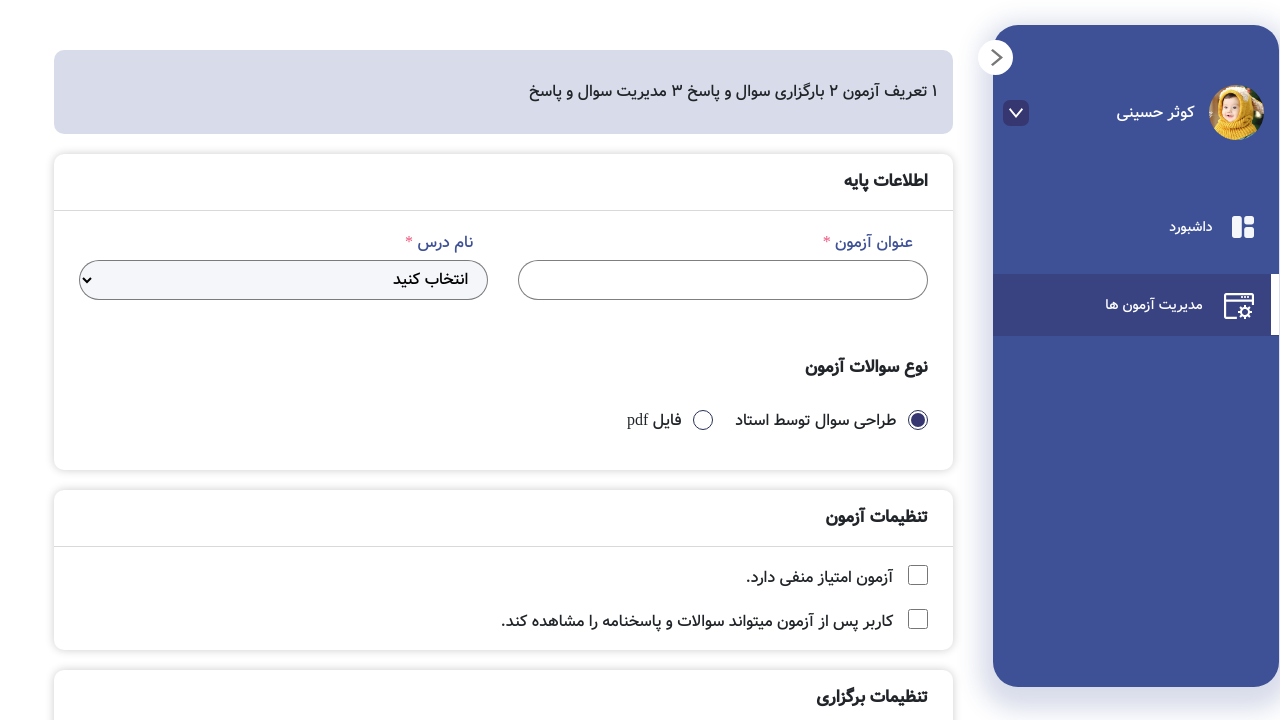
Repository: kosar78/quiz-online
Page: teacher-panel-create-test.html
These files come from the project's save history. The page is drawn as it stood at one moment and after the next save; the edit follows.
The browser window is 1280 px wide. The pictures show the whole page.
An inner scrolling area shows only its first screen.

Above is the page before, as saved 2021-12-02 23:43:36.

### teacher-panel-create-test.html
<!DOCTYPE html>
<html lang="en">
<head>
    <meta charset="UTF-8">
    <meta name="viewport" content="width=device-width, initial-scale=1.0">
    <link rel="stylesheet" href="css/manager-panel.css">
    <link rel="stylesheet" href="css/teacher-panel-create-test.css">
    <link rel="stylesheet" href="bootstrap_files/css/bootstrap.min.css">
    <script type="text/javascript" src="JQuery_file/jQuery.js"></script>
    <script type="text/javascript" src="bootstrap_files/js/bootstrap.min.js"></script>
    <script type="text/javascript" src="js/manager-panel.js"></script>
    <script type="text/javascript" src="js/teacher-panel-create-test.js"></script>
    <title>پنل استاد- ایجاد آزمون</title>
</head>
<body>
    <div class="container-fluid">
        <div class="row main-row">
            <div class="col-xl-3 col-md-3 sidebar-parent">
                <div class="resize-sidebar">
                    <img class="resize-right show" src="images/right.svg" alt="">
                    <img class="resize-left hide" src="images/left.svg" alt="">
                </div>
                <div class="exit-menubar hide">
                    <img class="" src="images/exit-menubar.svg" alt="">
                </div>
                <div class="sidebar">
                    <ul class="user-profile">
                        <li class="user-img">
                            <img src="images/H0fb13ae027de48f4a32a8bd50971f4c5N.jpg_.webp" alt="">
                        </li>
                        <li class="user-name-phone">
                            <p class="user-name" id="fullname">
                                کوثر حسینی
                            </p>
                            <p class="user-phone">

                            </p>
                        </li>
                        <li class="manage-profile">
                            <img class="bottom show" src="images/bottom.svg" alt="">
                            <img class="top hide" src="images/top.svg" alt="">
                        </li>
                    </ul>
                    <div class="manage-profile-menubar hide">
                        <div>
                            <ul class="mp-menubar">
                                <a href="manager-panel-profile.html">
                                    <li><img src="images/manage-profile-icon.svg" alt="" class="mp-icon"></li>
                                    <li class="mp-name">

                                        پروفایل

                                    </li>
                                </a>
                            </ul>
                            <ul class="mp-menubar">
                                <a href="manager-panel-change-password.html">
                                    <li><img src="images/change-pass-icon.svg" alt="" class="mp-icon"></li>
                                    <li class="mp-name">
                                        تغییر رمز عبور
                                    </li>
                                </a>
                            </ul>
                            <ul class="mp-menubar">
                                <a href="home.html">
                                    <li><img src="images/profile-manage-exit-icon.svg" alt="" class="mp-icon"></li>
                                    <li class="mp-name">
                                        خروج
                                    </li>
                                </a>
                            </ul>
                        </div>
                    </div>
                    <ul class="sidebar-case  dashbord">
                        <div class="v-line"></div>
                        <a href="teacher-panel-dashbord.html">
                            <li class="case-icon">
                                <img src="images/dashbord-icon.svg" alt="">
                            </li>
                            <li class="case-name">
                                داشبورد
                            </li>
                        </a>
                    </ul>
                    <ul class="sidebar-case active-case  test-managment">
                        <div class="v-line"></div>
                        <li class="case-icon">
                            <img src="images/carbon_gui-management.svg" alt="">
                        </li>
                        <li class="case-name">
                            مدیریت آزمون ها
                        </li>
                    </ul>

                </div>
            </div>
            <div class="col-xl-9 col-md-9 createTest-left-side left-side">
                <img src="images/menubar.svg" alt="" class="menubar hide">

                <div class="row main-row-left">
                    <div class="col-xl-12 steps">
                        <ul>
                            <li>
                                <ul>
                                    <li class="step-number">1</li>
                                    <li>تعریف آزمون</li>
                                </ul>
                            </li>
                            <li>
                                <ul>
                                    <li class="step-number">2</li>
                                    <li>بارگزاری سوال و پاسخ</li>
                                </ul>
                            </li>
                            <li>
                                <ul>
                                    <li class="step-number">3</li>
                                    <li>مدیریت سوال و پاسخ</li>
                                </ul>
                            </li>
                        </ul>
                    </div>
                    <div class="col-xl-12 base-info">
                        <p class="title-tx">
                           اطلاعات پایه
                        </p>
                        <div class="line"></div>
                        <div class="row">
                            <div class="col-xl-6 col-md-6">
                                <p class="top-input">
                                   عنوان آزمون <span class="star">*</span>
                                </p>
                                <input type="text" name="" id="test-title">
                            </div>
                            <div class="col-xl-6 col-md-6">
                                <p class="top-input">
                                    نام درس <span class="star">*</span>
                                </p>
                                <select name="courses" id="courses">
                                    <option >انتخاب کنید</option>
                                    <option >ریاضی</option>
                                </select>
                            </div>
                        </div>
                        <p class="title-tx">
                            نوع سوالات آزمون
                        </p>
                        <ul class="ul-choose">
                            <li>
                                <ul>
                                    <li>
                                        <div class="circle-b cr1">
                                            <div class="circle-2 choosed "></div>
                                        </div>

                                    </li>
                                    <li><p id="circle-p">طراحی سوال توسط استاد</p></li>
                                </ul>
                            </li>

                            <li>
                                <ul>
                                    <li>
                                        <div class="circle-b cr2">
                                            <div class="circle-2 unchoosed "></div>
                                        </div>

                                    </li>
                                    <li><p id="circle-p">فایل pdf</p></li>
                                </ul>
                            </li>
                        </ul>
                    </div>
                    <div class="col-xl-12 test-setting">
                        <p class="title-tx">
                           تنظیمات آزمون
                        </p>
                        <div class="line"></div>
                        <ul class="setting-checkbox">
                            <li><input class="setting-checkbox-input" type="checkbox" name="" id=""></li>
                            <li>آزمون امتیاز منفی دارد.</li>
                        </ul>
                        <ul class="setting-checkbox">
                            <li><input class="setting-checkbox-input" type="checkbox" name="" id=""></li>
                            <li>کاربر پس از آزمون میتواند سوالات و پاسخنامه را مشاهده کند.</li>
                        </ul>

                    </div>
                    <div class="col-xl-12 test-holding">
                        <p class="title-tx">
                           تنظیمات برگزاری
                        </p>
                        <div class="line"></div>
                        <div class="row">
                            <div class="col-xl-6 col-md-6">
                                <p class="top-input">
                                   تاریخ و ساعت آغاز آزمون :
                                </p>
                                <input class="test-datetime" type="datetime-local" name="" id="">
                            </div>
                            <div class="col-xl-6 col-md-6">
                                <p class="top-input">
                                    تاریخ و ساعت پایان آزمون :
                                </p>
                                <input class="test-datetime" type="datetime-local" name="" id="">
                            </div>
                        </div>
                        <p class="title-tx">
                            نوع برگزاری آزمون
                        </p>
                        <ul class="ul-choose">
                            <li>
                                <ul>
                                    <li>
                                        <div class="circle-b holding-type" id="type1">
                                            <div class="circle-2 choosed "></div>
                                        </div>

                                    </li>
                                    <li><p id="circle-p">برگزاری در تاریخ و ساعت مقرر</p></li>
                                </ul>
                            </li>

                            <li>
                                <ul>
                                    <li>
                                        <div class="circle-b holding-type" id="type2">
                                            <div class="circle-2 unchoosed "></div>
                                        </div>

                                    </li>
                                    <li><p id="circle-p">برگزاری به صورت شناور</p></li>
                                </ul>
                            </li>

                            <li>
                                <ul>
                                    <li>
                                        <div class="circle-b holding-type" id="type3">
                                            <div class="circle-2 unchoosed "></div>
                                        </div>

                                    </li>
                                    <li><p id="circle-p">نمایش سوال به سوال و تعیین زمان  برای هر سوال</p></li>
                                </ul>
                            </li>

                            <li>
                                <ul>
                                    <li>
                                        <div class="circle-b holding-type" id="type4">
                                            <div class="circle-2 unchoosed "></div>
                                        </div>

                                    </li>
                                    <li><p id="circle-p">نمایش سوال به سوال و تعیین زمان کلی برای آزمون</p></li>
                                </ul>
                            </li>
                        </ul>


                        <div class="holding-type-container" id="container-type2">
                            <div class="holding-type-container-inside">
                                <p class="top-test-time-input">زمان آزمون(دقیقه)</p>
                                <input type="number" name="" id="test-time" value="60">
                                <ul class="floating-checkbox">
                                    <li><input class="setting-checkbox-input" type="checkbox" name="" id=""></li>
                                    <li>امکان برگزاری مجدد آزمون در صورتی که آزمون پایان نیافته باشد.(فقط در حالت شناور)</li>
                                </ul>
                                <ul>
                                    <li>
                                        <div class="circle-b floating-type">
                                            <div class="circle-2  choosed "></div>
                                        </div>

                                    </li>
                                    <li><p class="floating-type-p" id="circle-p">عدم توقف تایمر در صورت خروج از پنل آزمون</p></li>
                                </ul>
                                <ul>
                                    <li>
                                        <div class="circle-b floating-type">
                                            <div class="circle-2  unchoosed "></div>
                                        </div>

                                    </li>
                                    <li><p class="floating-type-p" id="circle-p">توقف تایمر در صورت خروج از پنل آزمون</p></li>
                                </ul>
                            </div>
                        </div>


                        <div class="holding-type-container" id="container-type3">
                            <div class="holding-type-container-inside">
                                <p class="top-test-time-input">زمان هر سوال(ثانیه)</p>
                                <input type="number" name="" id="test-time" value="60">
                                <ul class="type3-checkbox">
                                    <li><input class="setting-checkbox-input" type="checkbox" name="" id=""></li>
                                    <li>تعیین زمان پاسخگویی برای هر سوال</li>
                                </ul>
                                <ul class="type3-checkbox">
                                    <li><input class="setting-checkbox-input" type="checkbox" name="" id=""></li>
                                    <li>نمایش بدون ترتیب سوالات آزمون(تصادفی)</li>
                                </ul>

                            </div>
                        </div>

                        <div class="holding-type-container" id="container-type4">
                            <div class="holding-type-container-inside">
                                <p class="top-test-time-input">زمان آزمون(دقیقه)</p>
                                <input type="number" name="" id="test-time" value="60">

                                <ul class="type4-checkbox">
                                    <li><input class="setting-checkbox-input" type="checkbox" name="" id=""></li>
                                    <li>نمایش بدون ترتیب سوالات آزمون(تصادفی)</li>
                                </ul>
                                <ul class="type4-checkbox">
                                    <li><input class="setting-checkbox-input" type="checkbox" name="" id=""></li>
                                    <li>امکان بازگشت به سوال قبلی</li>
                                </ul>
                                <ul class="ul-circle1">
                                    <li>
                                        <div class="circle-b type4-circle">
                                            <div class="circle-2  choosed "></div>
                                        </div>

                                    </li>
                                    <li><p class="type4-circle-p" id="circle-p">عدم توقف تایمر در صورت خروج از پنل آزمون</p></li>
                                </ul>
                                <ul>
                                    <li>
                                        <div class="circle-b type4-circle">
                                            <div class="circle-2  unchoosed "></div>
                                        </div>

                                    </li>
                                    <li><p class="type4-circle-p" id="circle-p">توقف تایمر در صورت خروج از پنل آزمون</p></li>
                                </ul>
                            </div>
                        </div>


                    </div>

                    <div class="col-xl-12 btns">
                        <input class="save-step1-info" id="save-step1-info" type="button" value="ثبت">
                        <a href="teacher-panel-testslist.html">
                            <input class="cancel" type="button" value="لغو">
                        </a>
                    </div>

                </div>
            </div>
        </div>
    </div>


    <div id="deleteTest" class="modal fade"  role="dialog" >
        <div class="modal-dialog modal-dialog-centered ">
          <div class="modal-content">
            <div class="modal-body delete-test-modal">
                <img src="images/Bucket 24px.svg" alt="">
                <p>آیا می خواهید آزمون را حذف کنید؟</p>
                <input class="delete-from-list" type="button" value="حذف گردد">
                <input class="not-delete" type="button" value="خیر">
            </div>
          </div>

        </div>
    </div>

    <div id="testType" class="modal fade"  role="dialog" >
        <div class="modal-dialog modal-dialog-centered ">
          <div class="modal-content">
            <div class="modal-body test-type-modal">
                <p>نوع سوالات آزمون شما به چه صورتی می باشد؟</p>
                <a href="#"><input class="test-type-btns" type="button" value="تستی"></a>
                <a href="#"><input class="test-type-btns" type="button" value="تشریحی"></a>
                <input class="cancel" type="button" value="انصراف">
            </div>
          </div>

        </div>
    </div>
      <script src="node_modules/axios/dist/axios.min.js"></script>
    <!-- <script src="js/manager-panel-student-list.js"></script> -->
</body>
</html>

### css/teacher-panel-create-test.css

.main-row-left{
    padding-top: 50px;
    padding-left: 25px;
    padding-right: 25px;
    margin-bottom: 25px;
}
.createTest-left-side{
    height: 100vh !important;
    overflow-y: auto;
}
.active-case .v-line{
    height: 61px !important;
}
.base-info,
.test-setting,
.test-holding{
    background: #FFFFFF;
    box-shadow: 0px 0px 10px rgba(0, 0, 0, 0.2);
    border-radius: 10px;
    width: 100%;
    height: max-content;
    padding: 0 !important;
    margin-top: 20px;
}
.line{
    height: 1px;
    background-color: rgba(0, 0, 0, 0.15);
}
.test-datetime,
.base-info input[type="text"]{
    width: 100% !important;
}
.test-datetime,
.base-info input[type="text"],
#courses{
    border-radius: 25px;
    width: 250px;
    height: 40px;
    border: 1px solid rgba(0, 0, 0, 0.5);
    outline: none;
    padding: 3px 15px;
}
#courses{
    width: 100%;
    padding-left: 15px;
    background-color: rgba(62, 81, 150, 0.05);
    margin-bottom: 30px;
}
.title-tx{
    width: max-content;
    margin-top: 15px;
    margin-right: 25px;
    margin-bottom: 15px;
    font-size: 17px;
    font-weight: bold;
}
.base-info input[type="text"]:focus{
    border: 1px solid #3E5196;
}
.test-datetime:focus{
    border: 1px solid #3E5196;
}
.top-input span{
    color: #EE537C !important;
}
.top-input{
    color: #3e5196;
    margin-bottom: 5px;
    padding-right: 15px;
    margin-top: 20px;
}
.main-row-left .row {
    padding: 0 25px;
    margin-bottom: 25px;
}
@media(max-width:767px){
    .main-row-left{
        margin-top: 25px;
    }
    .main-row-left .row{
        margin-bottom: 0;
    }
    .btns{
        padding-top: 15px;
    }
    .top-input{
        margin-top: 15px;
    }

}
@media(max-width:514px){

    .main-row-left {
        padding-left: 15px;
        padding-right: 15px;
    }

}
@media(max-width:425px){
    .main-row-left .row{
        padding: 0 15px;
    }
    .cancel,
    .save-step1-info{
        margin: 10px 0 !important;
        width: 100%;
    }
    .btns{
        margin-bottom: 15px;
    }
}
.circle-b{
    width: 20px;
    height: 20px;
    border: 1px solid #262F56;
    box-sizing: border-box;
    border-radius: 50px;
    cursor: pointer;
    background-color: #fff;
    padding-top: 2px;
    padding-right: 2px;
    margin-right: 25px;
}
#circle-p{
    position: relative;
    top: -5px;
    right: 7px;

}
.circle-2{

    width: 14px;
    height: 14px;
    border-radius: 50px;
    background: #363671;

}
.choosed{
    display: block;
}
.unchoosed{
    display: none;
}
.ul-choose{
    margin-top: 30px;
}

.setting-checkbox-input{
    width: 20px;
    height: 20px;
    margin-right: 25px;
    position: relative;
    top: 3px;
    margin-left: 10px;
}
.setting-checkbox{
    margin-top: 15px;
}
.save-step1-info,
.cancel{
    width: 140px;
    outline: none;
    margin-bottom: 20px;
    border: 0;
    text-align: center;
    color: #FFFFFF;
    background: #EE537C;
    border-radius: 25px;
    height: 40px;
    font-size: 14px;
}
.save-step1-info:hover{
    background:#d84c71 !important;
    color:#f6f6f6 !important;
}
.btns{
    text-align: left;
    margin-top: 20px;
}
.save-step1-info{
    margin-left: 10px;
}
.cancel{
    background-color: #fab23c !important;
}
.cancel:hover{
    background:#dc9c33 !important;
    color:#f6f6f6 !important;
}
.holding-type-container-inside{
    border-radius: 10px;
    background-color: rgba(62, 81, 150, 0.1);
    width: 100%;
    height: 100%;
    padding-bottom: 20px;
}
.holding-type-container{
    width: 100%;
    height: max-content;
    padding: 0 25px;
    margin-bottom: 30px;
    display: none;
}
#test-time{
    background-color: #ebedf4;
    outline: none;
    border: 0;
    border-bottom-color: rgba(0, 0, 0, 0.5) !important;
    border-bottom-style: solid !important;
    border-bottom-width: 1px !important;
    margin-right: 25px;
    margin-bottom: 25px;

}
.floating-type-p,
.type4-circle-p{
    margin-bottom: 0 !important;
}
.top-test-time-input{
    font-size: 14px;
    margin-right: 25px;
    padding-top: 25px;
    margin-bottom: 10px;
}
.floating-checkbox{
    margin-top: 15px;
    margin-bottom: 40px;
}
.ul-circle1{
    margin-top: 40px;
}
.steps{
    background: rgba(62, 81, 150, 0.2);
    border-radius: 10px;
    padding: 30px 25px;
}
.steps ul{
    margin-bottom: 0 !important;
}

Loaded but not shown: bootstrap_files/css/bootstrap.min.css (library); JQuery_file/jQuery.js (library); bootstrap_files/js/bootstrap.min.js (library); node_modules/axios/dist/axios.min.js (library); js/manager-panel.js (101 lines, source omitted); js/teacher-panel-create-test.js (100 lines, source omitted); css/manager-panel.css (326 lines, source omitted)

After the next save:
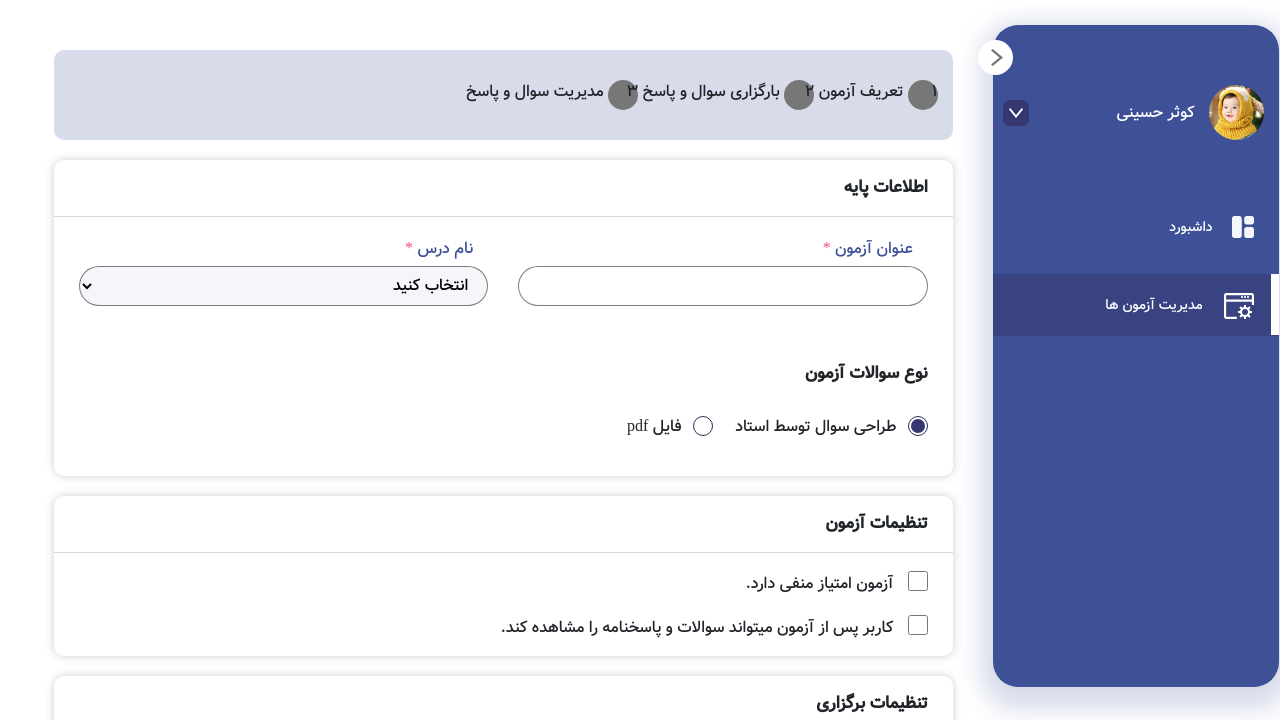
Saved 47 s later.
--- a/css/teacher-panel-create-test.css
+++ b/css/teacher-panel-create-test.css
@@ -238,3 +238,9 @@
 .steps ul{
     margin-bottom: 0 !important;
 }
+.step-number{
+    border-radius: 50%;
+    width: 30px;
+    height: 30px;
+    background-color: #777777;
+}
